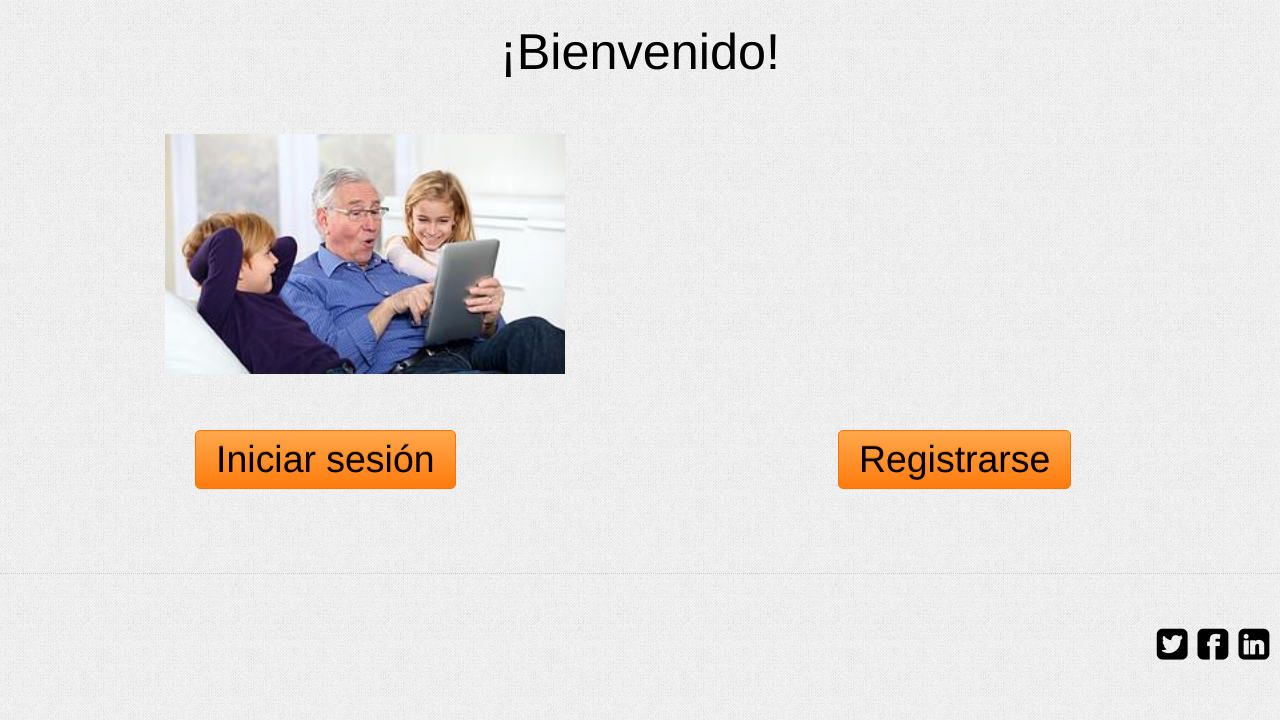
Repository: SCeruso/RememberMe
Page: bienvenido.html
The author's editor kept a record of every edit. The page is drawn from the files as they stood at one moment, then again after the next edit.
The browser window is 1280 px wide. The pictures show the whole page.
Some web libraries are served in a nearby version.

Above is the page before.

### bienvenido.html
<!DOCTYPE html>
<html>
<head>
	<!-- META -->
	<title>HTML KickStart Elements</title>
	<meta charset="UTF-8">
	<meta name="viewport" content="width=device-width, initial-scale=1.0"/>
	<meta name="description" content="" />

	<!-- CSS -->
	<link rel="stylesheet" type="text/css" href="css/kickstart.css" media="all" />
	<link rel="stylesheet" type="text/css" href="style.css" media="all" />

	<!-- Javascript -->
	<script type="text/javascript" src="https://ajax.googleapis.com/ajax/libs/jquery/1.9.1/jquery.min.js"></script>
	<script type="text/javascript" src="js/kickstart.js"></script>
</head>
<body>
<div class="grid">
	<div class="col_12">
        	<h1 class="center">
        	    <p>¡Bienvenido!</p>
        	</h1>
		<br />
		<div class="col_2"></div>
		<div class="col_8 center"></div>
			<p>
			<img src="imagenes/domingo-saludable-mayores--300x180.jpg" width="400" height="350" />
			</p>
		</div>
		<div class="col_2"></div>
	</div>
	<div class="col_12">
	<div class="col_6">
		<h4 style="margin-bottom:40px;" class="center">
            		<p><a class="large button orange" href="iniciarSesion.html"><font color="black">Iniciar sesión</font></a></p>
        	</h4>
	</div>
	<div class="col_6">
		<h4 style="margin-bottom:40px;" class="center">
            		<p><a class="large button orange" href="registrarse.html"><font color="black">Registrarse</font></a></p>
        	</h4>
	</div>
	</div>
    <hr />
    <div class="col_12">
        <h3 class="right">
            <i class="icon-twitter-sign"></i>
            <i class="icon-facebook-sign"></i>
            <i class="icon-linkedin-sign"></i>
        </h3>
    </div>
</div> <!-- End Grid -->
</body>
</html>

### style.css
/*
	99Lime.com HTML KickStart by Joshua Gatcke
	style.css

*/

/*---------------------------------
	IMPORTS
-----------------------------------*/
@import url(http://fonts.googleapis.com/css?family=Arimo:400,700);

/*---------------------------------
	OVERRIDES
-----------------------------------*/
h1,h2,h3,h4,h5,h6{
font-family: "Arimo", arial, verdana, sans-serif;
font-weight:normal;
}

thead th,
tbody th{
font-family: "Arimo", arial, verdana, sans-serif;
}

button,
a.btn,
input[type="submit"],
input[type="reset"],
input[type="button"]{
font-family: "Arimo", arial, verdana, sans-serif;
}

.menu{
font-family: "Arimo", arial, verdana, sans-serif;
}

blockquote{
font-family: "Arimo", arial, verdana, sans-serif;
}

/*---------------------------------
	LAYOUT
-----------------------------------*/
body{
margin:0;
padding:0 0 0 0;
color:#000;
/*background-repeat:repeat;*/
background:#efefef url(css/img/gray_jean.png);
/*background-size:cover;*/
/*background-image:url(css/img/gray_jean.png);*/
font:normal 0.9em/150% 'Arimo', arial, verdana, sans-serif;
text-shadow: 0 0 1px transparent; /* google font pixelation fix */
}

#wrap{
width:100%;
background:#fff;
margin:30px auto 30px auto;
padding:0 2%;
border:1px solid #ccc;
}


#footer{
text-align:center;
padding:20px;
margin:0;
border-top:1px solid #ddd;
color:#999;
font-size:0.8em;
text-shadow:0px 1px 1px #fff;
position: relative;
top:0;
left:0;
background:#fff;
}

	#link-top{
	display:none;
	}

/* NAV BAR*/
.navbar{
position:fixed;
top:0;
left:0;
width: 100%;
background:#000;
color:#fff;
z-index:1000;
}

	.navbar #logo{
	position:absolute;
	top:0;
	right:0;
	padding:0.5em 1em;
	font-size: 1.7em;
	color:#efefef;
	text-decoration:none;
	}

	.navbar span{
	color:#86dc00;
	}


	.navbar ul{
	display:inline-block;
	margin:0;
	padding:0;
	}

		.navbar li{
		margin:0;
		padding:0;
		list-style-type:0;
		display:inline-block;
		}

		.navbar li a{
		display:inline-block;
		color:#efefef;
		padding:1em 1.3em;
		text-decoration:none;
		text-transform: uppercase;
		line-height:100%;
		font-size: 1.2em;
		}

.callout{
background:#4598ef;/*#86dc00;*/
padding:3em 0;
color:#fff;
box-shadow:inset 0 0 10px rgba(0,0,0,0.2);
text-align: center;
text-shadow:0px 1px 3px rgba(0,0,0,0.2);
display:block;
}
	.callout + div.grid{margin-top:50px;}
	 a.callout{cursor:pointer;}
	 .callout i.icon-4x{font-size:6em;}
	 .callout h4{margin-bottom:30px;}
	 .callout-top{margin:50px 0 0 0;}
	 .callout p{margin-bottom:0;}
	 .callout .button{margin-top:10px;}
	 .callout.green{background:#19ad0b;/*#86dc00;*/}

#mc_embed_signup{
padding:30px 0;
}

#ui-preview{
border:5px solid #ddd;
margin:30px 0;
display:block;
}

### css/kickstart-forms.css
/*---------------------------------
	FORMS
-----------------------------------*/
form{
padding:0;
margin:0;
}

fieldset{
margin:30px 0 20px 0;
padding:5px 15px 15px 15px;
border:1px solid #ccc;
background:#f5f5f5;
-moz-border-radius:5px;
-webkit-border-radius:5px;
border-radius:5px;
position: relative;
top:0;
left:0;
}

	legend{
	-moz-border-radius:5px;
	-webkit-border-radius:5px;
	border-radius:5px;
	border:1px solid #ccc;
	background:#f5f5f5;
	padding:2px 10px;
	margin:0 0 0 0;
	display:block;
	position: relative;
	top:0;
	left:0;
	}

	/*IE ONLY - I know, this is a stop gap*/
	.msie fieldset{padding-top:25px;}
	.msie legend{position:absolute;top:-0.7em;left:10px;}

label{
display:inline-block;
*display:inline;
vertical-align: middle;
margin:0;
padding:0;
position:relative;
top:0;
left:0;
zoom:1;
-moz-box-sizing: border-box;
-webkit-box-sizing: border-box;
box-sizing: border-box;
}

	label.inline{
	display:inline;
	margin:0;
	}

	label span{
	color:#999;
	font-size:0.9em;
	}

	label span.right{
	position:absolute;
	bottom:0;
	right:0;
	text-align:right;
	display:inline-block;
	*display:inline;
	}

	label.disabled{
	color:#ccc;
	}

input{
display:inline-block;
*display:inline;
vertical-align: middle;
width:auto;
zoom:1;
margin:0;
border:1px solid #ccc;
font-size:1em;
padding:5px 0;
text-indent: 5px;
-moz-border-radius:5px;
-webkit-border-radius:5px;
border-radius:5px;
background:#fff;
-moz-box-shadow:inset 0 0 6px #ccc;
-webkit-box-shadow:inset 0 1px 6px #ccc;
box-shadow:inset 0 1px 6px #ccc;
-moz-box-sizing: border-box;
-webkit-box-sizing: border-box;
box-sizing: border-box;
}

	input::-webkit-input-placeholder,
	input:-moz-placeholder,
	.placeholder{
	color:#bbb;
	}

	input::-moz-focus-inner {border:0;}

	input[disabled="disabled"], input.disabled{
	color:#999;
	background:#f5f5f5;
	-moz-box-shadow:inset 0 0 2px #ddd;
	-webkit-box-shadow:inset 0 1px 2px #ddd;
	box-shadow:inset 0 1px 2px #ddd;
	}

	/* FOCUS STATES */
	input[type="text"]:focus,
	textarea:focus,
	button:focus,
	a.button:focus,
	select:focus,
	input[type="file"]:focus,
	input[type="password"]:focus{
	-webkit-box-shadow: 0 0 7px #6DB9FF;
	-moz-box-shadow   : 0 0 7px #6DB9FF;
	box-shadow        : 0 0 7px #6DB9FF;
	border: 1px solid #50B1FE;
	outline: none;
	}

	/* TRANSITION */
	input[type="text"],
	textarea,
	button,
	a.button,
	a,
	input[type="file"]{
	-moz-transition: -moz-box-shadow 0.5s, border 0.5s, background 0.5s;
	-webkit-transition: -webkit-box-shadow 0.5s, border 0.5s, background 0.5s;
	-o-transition:  box-shadow 0.5s, border 0.5s, background 0.5s;
	transition: box-shadow 0.5s, border 0.5s, background 0.5s;
	}

input.checkbox,
input[type="checkbox"]{
display:inline;
width:auto;
margin:0;
padding:0;
border:0;
background:none;
vertical-align:center;
*vertical-align: top;
}

input.radio,
input[type="radio"]{
display:inline;
width:auto;
margin:0;
padding:0;
border:0;
background:none;
vertical-align:center;
*vertical-align: top;
}

	input[type="radio"]:focus,
	input[ type="checkbox"]:focus{
	-webkit-box-shadow: 0 0 5px #6DB9FF;
	-moz-box-shadow   : 0 0 5px #6DB9FF;
	box-shadow        : 0 0 5px #6DB9FF;
	outline-color: #6DB9FF;
	}

input.file,
input[type="file"]{
/*font-size:0.8em;*/
-moz-box-shadow:none;
-webkit-box-shadow:none;
box-shadow:none;
border:none;
}

select{
display:inline;
width:auto;
margin:0;
border:1px solid #ccc;
line-height:100%;
padding:3px;
vertical-align: middle;
}

        select[disabled="disabled"], select.disabled{
        color:#999;
        background:#f5f5f5;
        -moz-box-shadow:inset 0 0 2px #ddd;
        -webkit-box-shadow:inset 0 1px 2px #ddd;
        box-shadow:inset 0 1px 2px #ddd;
        }

textarea{
width:auto;
height:200px;
margin:0;
border:1px solid #ccc;
padding:5px;
vertical-align: middle;
font-family:inherit;
font-size:0.9em;
-moz-border-radius:5px;
-webkit-border-radius:5px;
border-radius:5px;
-moz-box-shadow:inset 0 0 6px #ccc;
-webkit-box-shadow:inset 0 1px 6px #ccc;
box-shadow:inset 0 1px 6px #ccc;
-moz-box-sizing: border-box;
-webkit-box-sizing: border-box;
box-sizing: border-box;
}

/*---------------------------------
	COLUMN SIZES
-----------------------------------*/

/* sizes */
input[class*="col_"],
select[class*="col_"],
label[class*="col_"]{
float:none;display:inline-block;*display:inline;margin-bottom:0;
*margin-left: 0.5%;*margin-right: 0.5%;/* this is for IE 7 Only and is not a good fix - work needed here */
}

/*---------------------------------
	FORMS VERTICAL
-----------------------------------*/
form.vertical{

}

	form.vertical label{display:block;}
	form.vertical input,
	form.vertical select,
	form.vertical textarea{width:100%;display:block;margin-bottom:10px;}
	form.vertical .chzn-container{display:block;margin-bottom:10px;}
	form.vertical .chzn-choices{display:block;margin-bottom:10px;}

	/* radios & checks */
	form.vertical input.checkbox,
	form.vertical input[type="checkbox"],
	form.vertical input.radio,
	form.vertical input[type="radio"],
	form.vertical label.inline{display:inline;width:auto;margin:0;}
/*---------------------------------
	FORM VALIDATION
-----------------------------------*/
label.error{color:red;}
input.error{border:1px solid red;}
select.error{border:1px solid red;}

/*---------------------------------
	NOTICES
-----------------------------------*/
.notice{
border:1px solid gold;
background:lightyellow;
padding:10px 20px 10px 40px;
margin:10px 0;
-moz-border-radius:5px;
-webkit-border-radius:5px;
border-radius:5px;
color:#DEAE00;
line-height:120%;
vertical-align: center;
text-shadow:0px 1px rgba(255,255,255,0.5);
position:relative;
top:0;
left:0;
clear:both;
}

	.notice.warning{}/*default*/
	.notice.error{border:1px solid red;background:pink;color:red;}
	.notice.success{border:1px solid green;background:lightgreen;color:green;}
	.notice i[class^='icon-']{position:absolute;top:50%;left:0.8em;margin-top:-0.6em;}
	.notice a[class^='icon-remove'],
	.notice a[class^='icon-remove']:active,
	.notice a[class^='icon-remove']:visited{font-size:12px;position:absolute;top:5px;right:5px;left:auto;color:inherit;margin-top:0;left:auto;}

### css/kickstart-grid.css
/*
	99Lime.com HTML KickStart by Joshua Gatcke
	kickstart-grids.css

	DO NOT EDIT THIS FILE unless you know what you are doing.
*/
/*---------------------------------
	GRID/COLUMNS
-----------------------------------
	tinyfluidgrid.com
	& girlfriendnyc.com
	with changes by 99Lime
-----------------------------------*/
 /*
 & Columns : 12
 & Gutter %: 20%
 & MaxWidth: 1280px
 */

.grid{
max-width:1220px;
margin:0 auto;
padding:0 2em;
}

.grid.flex{
width:100%;
max-width:100%;
padding:0 2%;
padding:2em;
}

.row{
display:block;
overflow:hidden;
clear:both;
}

*[class*="col_"].alpha{margin-left:0;}
*[class*="col_"].omega{margin-right:0;}

.col_1  { width: 6.6666666666667%; }
.col_2  { width: 15%; }
.col_3  { width: 23.333333333333%; }
.col_4  { width: 31.666666666667%; }
.col_5  { width: 40%; }
.col_6  { width: 48.333333333333%; }
.col_7  { width: 56.666666666667%; }
.col_8  { width: 65%; }
.col_9  { width: 73.333333333333%; }
.col_10 { width: 81.666666666667%; }
.col_11 { width: 90%; }
.col_12 { width: 98.333333333333%; }

*[class*="col_"]{
margin-left: 0.83333333333333%;
margin-right: 0.83333333333333%;
margin-top:0.5em;
margin-bottom:0.5em;
float: left;
display: block;
}

.grid img{
max-width: 100%;
height:auto;
}

.clear{clear:both;display:block;overflow:hidden;visibility:hidden;width:0;height:0}
.clearfix:after{clear:both;content:' ';display:block;font-size:0;line-height:0;visibility:hidden;width:0;height:0}
* html .clearfix, *:first-child+html .clearfix{zoom:1}

/* Viewable Grids
	To view your grids, add the class .visible to any grid container.
	This will add a background color so you can see the layout of your grids.
*/
*[class*="col_"].visible{
background:#eee;
border:1px dotted #ccc;
}


/*---------------------------------
	Responsive Grid Media Queries - 1280, 1024, 768, 480
	1280-1024 	- desktop (default grid)
	1024-768 	- tablet landscape
	768-480 	- tablet
	480-less 	- phone landscape & smaller
-----------------------------------*/
@media all and (min-width: 1024px) and (max-width: 1280px) {

	.grid *[class*="col_"]{}
	.grid{max-width: 1024px;}
	.show-desktop	{display:block;}
	.hide-desktop	{display:none;}
	.show-tablet	{display:none;}
	.hide-tablet	{display:block;}
	.show-phone		{display:none;}
	.hide-phone		{display:block;}

}

@media all and (min-width: 768px) and (max-width: 1024px) {

	.grid *[class*="col_"]{}
	.grid{max-width: 768px;}
	.show-desktop	{display:none;}
	.hide-desktop	{display:block;}
	.show-tablet	{display:block;}
	.hide-tablet	{display:none;}
	.show-phone		{display:none;}
	.hide-phone		{display:block;}

}


@media all and (min-width: 480px) and (max-width: 768px) {

	.grid *[class*="col_"]{
	float:none;
	width:auto;
	clear:both;
	display:block;
	}

	/* columns inside of columns */
	.grid *[class*="col_"] [class*="col_"]{
	margin-left:0;
	margin-right:0;
	width:100%;
	}

	.grid{max-width: 480px;}
	.show-desktop	{display:none;}
	.hide-desktop	{display:block;}
	.show-tablet	{display:block;}
	.hide-tablet	{display:none;}
	.show-phone		{display:none;}
	.hide-phone		{display:block;}

}

@media all and (max-width: 480px) {

	.grid *[class*="col_"]{
	float:none;
	width:auto;
	clear:both;
	display:block;
	}

	/* columns inside of columns */
	.grid *[class*="col_"] [class*="col_"]{
	margin-left:0;
	margin-right:0;
	width:100%;
	}

	.grid{max-width: 100%;/*320*/}
	.show-desktop	{display:none;}
	.hide-desktop	{display:block;}
	.show-tablet	{display:none;}
	.hide-tablet	{display:block;}
	.show-phone		{display:block;}
	.hide-phone		{display:none;}

}

### css/kickstart-slideshow.css
/*---------------------------------
	SLIDESHOW2 - Slight Fixes for the slideshow layout *needs work
-----------------------------------*/

	.slideshow{
	clear:both;
	margin:0;
	padding:0;
	width:auto;
	height:auto;
	overflow:hidden;
	}

		.slideshow li{
		list-style-type:none;
		margin:0;
		padding:0;
		float:left;
		display:block;
		}

/**
 * BxSlider v4.0 - Fully loaded, responsive content slider
 * http://bxslider.com
 *
 * Written by: Steven Wanderski, 2012
 * http://stevenwanderski.com
 * (while drinking Belgian ales and listening to jazz)
 *
 * CEO and founder of bxCreative, LTD
 * http://bxcreative.com
 */


/** RESET AND LAYOUT
===================================*/
.bx-wrapper, .bx-wrapper *{
	-webkit-box-sizing: content-box; /* Safari/Chrome, other WebKit */
  	-moz-box-sizing: content-box;    /* Firefox, other Gecko */
  	box-sizing: content-box;         /* Opera/IE 8+ */
}

.bx-wrapper {
	position: relative;
	margin: 0 0 60px;
	padding: 0;
	*zoom: 1;
}

.bx-wrapper img {
	width: 100%;
	display: block;
}

/** THEME
===================================*/

.bx-wrapper .bx-viewport {
	-moz-box-shadow: 0 0 5px #ccc;
	-webkit-box-shadow: 0 0 5px #ccc;
	box-shadow: 0 0 5px #ccc;
	border: solid #fff 5px;
	left: 0;
	background: #fff;
}

.bx-wrapper .bx-pager,
.bx-wrapper .bx-controls-auto {
	position: absolute;
	bottom: -30px;
	width: 100%;
}

/* LOADER */

.bx-wrapper .bx-loading {
	min-height: 50px;
	background: url(img/bx_loader.gif) center center no-repeat #fff;
	height: 100%;
	width: 100%;
	position: absolute;
	top: 0;
	left: 0;
	z-index: 2000;
}

/* PAGER */

.bx-wrapper .bx-pager {
	text-align: center;
	font-size: .85em;
	font-family: Arial;
	font-weight: bold;
	color: #666;
	padding-top: 20px;
}

.bx-wrapper .bx-pager .bx-pager-item,
.bx-wrapper .bx-controls-auto .bx-controls-auto-item {
	display: inline-block;
	*zoom: 1;
	*display: inline;
}

.bx-wrapper .bx-pager.bx-default-pager a {
	background: #666;
	text-indent: -9999px;
	display: block;
	width: 10px;
	height: 10px;
	margin: 0 5px;
	outline: 0;
	-moz-border-radius: 5px;
	-webkit-border-radius: 5px;
	border-radius: 5px;
}

.bx-wrapper .bx-pager.bx-default-pager a:hover,
.bx-wrapper .bx-pager.bx-default-pager a.active {
	background: #000;
}

/* DIRECTION CONTROLS (NEXT / PREV) */

.bx-wrapper .bx-prev {
	left: 10px;
	background: url(img/controls.png) no-repeat 0 -32px;
}

.bx-wrapper .bx-next {
	right: 10px;
	background: url(img/controls.png) no-repeat -43px -32px;
}

.bx-wrapper .bx-prev:hover {
	background-position: 0 0;
}

.bx-wrapper .bx-next:hover {
	background-position: -43px 0;
}

.bx-wrapper .bx-controls-direction a {
	position: absolute;
	top: 50%;
	margin-top: -16px;
	outline: 0;
	width: 32px;
	height: 32px;
	text-indent: -9999px;
	z-index: 9999;
}

.bx-wrapper .bx-controls-direction a.disabled {
	display: none;
}

/* AUTO CONTROLS (START / STOP) */

.bx-wrapper .bx-controls-auto {
	text-align: center;
}

.bx-wrapper .bx-controls-auto .bx-start {
	display: block;
	text-indent: -9999px;
	width: 10px;
	height: 11px;
	outline: 0;
	background: url(img/controls.png) -86px -11px no-repeat;
	margin: 0 3px;
}

.bx-wrapper .bx-controls-auto .bx-start:hover,
.bx-wrapper .bx-controls-auto .bx-start.active {
	background-position: -86px 0;
}

.bx-wrapper .bx-controls-auto .bx-stop {
	display: block;
	text-indent: -9999px;
	width: 9px;
	height: 11px;
	outline: 0;
	background: url(img/controls.png) -86px -44px no-repeat;
	margin: 0 3px;
}

.bx-wrapper .bx-controls-auto .bx-stop:hover,
.bx-wrapper .bx-controls-auto .bx-stop.active {
	background-position: -86px -33px;
}

/* PAGER WITH AUTO-CONTROLS HYBRID LAYOUT */

.bx-wrapper .bx-controls.bx-has-controls-auto.bx-has-pager .bx-pager {
	text-align: left;
	width: 80%;
}

.bx-wrapper .bx-controls.bx-has-controls-auto.bx-has-pager .bx-controls-auto {
	right: 0;
	width: 35px;
}

/* IMAGE CAPTIONS */

.bx-wrapper .bx-caption {
	position: absolute;
	bottom: 0;
	left: 0;
	background: #666\9;
	background: rgba(80, 80, 80, 0.75);
	width: 100%;
}

.bx-wrapper .bx-caption span {
	color: #fff;
	font-family: Arial;
	display: block;
	font-size: .85em;
	padding: 10px;
}

### css/tiptip.css
/*
	TipTip CSS - Version 1.2
	http://code.drewwilson.com/entry/tiptip-jquery-plugin
*/

#tiptip_holder { display: none; position: absolute; top: 0; left: 0; z-index: 99999; }
#tiptip_holder.tip_top { padding-bottom: 5px; }
#tiptip_holder.tip_bottom { padding-top: 5px; }
#tiptip_holder.tip_right { padding-left: 5px; }
#tiptip_holder.tip_left { padding-right: 5px; }

#tiptip_content {
font-size: 11px;
color: #fff;
text-shadow: 0 0 2px #000;
padding: 4px 8px;
border: 1px solid rgba(255,255,255,0.25);
background:#212121;
background-color: rgba(25,25,25,0.92);
background-image: -webkit-gradient(linear, 0% 0%, 0% 100%, from(transparent), to(#000));
-webkit-border-radius: 3px;
-moz-border-radius: 3px;
border-radius: 3px;
-webkit-box-shadow: 0 0 3px #555;
-moz-box-shadow: 0 0 3px #555;
box-shadow: 0 0 3px #555;
*background:#212121;
}

#tiptip_arrow, #tiptip_arrow_inner {
position: absolute;
border-color: transparent;
border-style: solid;
border-width: 6px;
height: 0;
width: 0;
}

#tiptip_holder.tip_top #tiptip_arrow {
border-top-color: #fff;
border-top-color: rgba(255,255,255,0.35);
}

#tiptip_holder.tip_bottom #tiptip_arrow {
border-bottom-color: #fff;
border-bottom-color: rgba(255,255,255,0.35);
}

#tiptip_holder.tip_right #tiptip_arrow {
border-right-color: #fff;
border-right-color: rgba(255,255,255,0.35);
}

#tiptip_holder.tip_left #tiptip_arrow {
border-left-color: #fff;
border-left-color: rgba(255,255,255,0.35);
}

#tiptip_holder.tip_top #tiptip_arrow_inner {
margin-top: -7px;
margin-left: -6px;
border-top-color: rgb(25,25,25);
border-top-color: rgba(25,25,25,0.92);
}

#tiptip_holder.tip_bottom #tiptip_arrow_inner {
margin-top: -5px;
margin-left: -6px;
border-bottom-color: rgb(25,25,25);
border-bottom-color: rgba(25,25,25,0.92);
}

#tiptip_holder.tip_right #tiptip_arrow_inner {
margin-top: -6px;
margin-left: -5px;
border-right-color: rgb(25,25,25);
border-right-color: rgba(25,25,25,0.92);
}

#tiptip_holder.tip_left #tiptip_arrow_inner {
margin-top: -6px;
margin-left: -7px;
border-left-color: rgb(25,25,25);
border-left-color: rgba(25,25,25,0.92);
}

/* Webkit Hacks  */
@media screen and (-webkit-min-device-pixel-ratio:0) {
	#tiptip_content {
		padding: 4px 8px 5px 8px;
		background-color: rgba(45,45,45,0.88);
	}
	#tiptip_holder.tip_bottom #tiptip_arrow_inner {
		border-bottom-color: rgba(45,45,45,0.88);
	}
	#tiptip_holder.tip_top #tiptip_arrow_inner {
		border-top-color: rgba(20,20,20,0.92);
	}
}

Loaded but not shown: css/jquery.fancybox-1.3.4.css (library); css/prettify.css (common file); css/fonts/fontawesome/css/font-awesome.min.css (library); js/kickstart.js (424 lines, source omitted); css/kickstart-buttons.css (369 lines, source omitted); css/kickstart.css (508 lines, source omitted); css/kickstart-menus.css (180 lines, source omitted)

After the next edit:
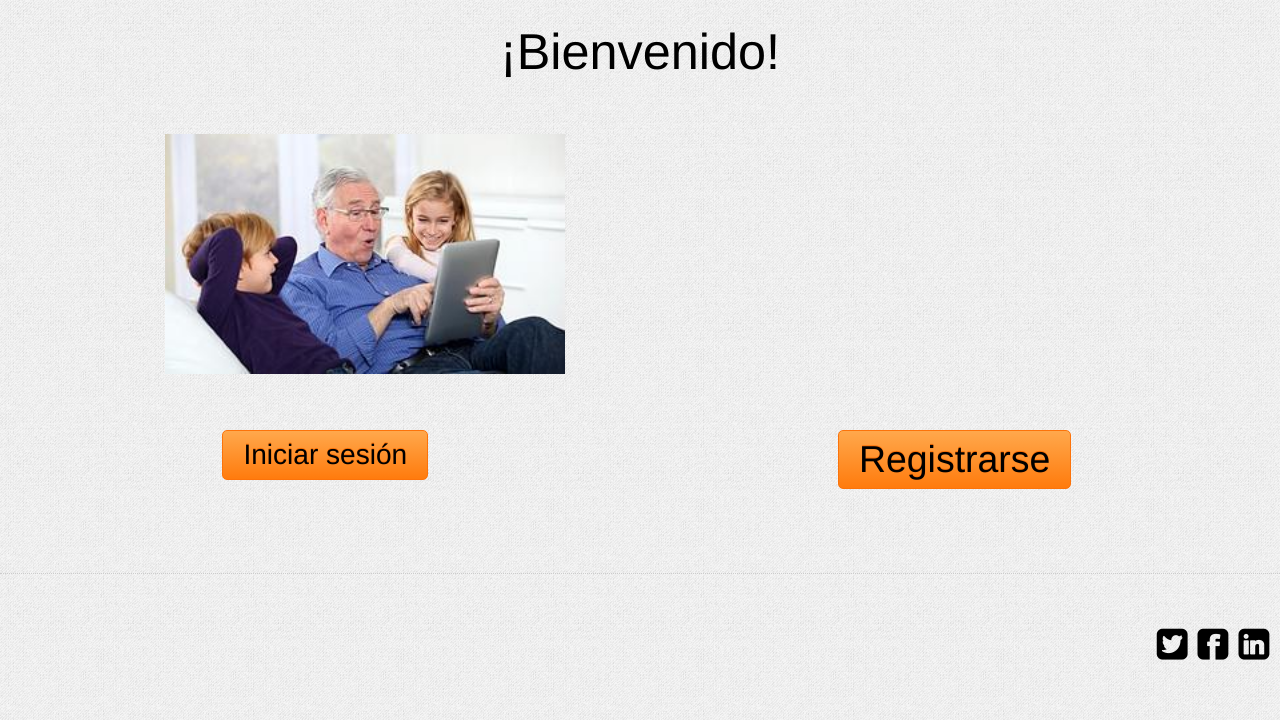
The edit:
--- a/bienvenido.html
+++ b/bienvenido.html
@@ -32,7 +32,7 @@
 	</div>
 	<div class="col_12">
 	<div class="col_6">
-		<h4 style="margin-bottom:40px;" class="center">
+		<h5 style="margin-bottom:40px;" class="center">
             		<p><a class="large button orange" href="iniciarSesion.html"><font color="black">Iniciar sesión</font></a></p>
         	</h4>
 	</div>
